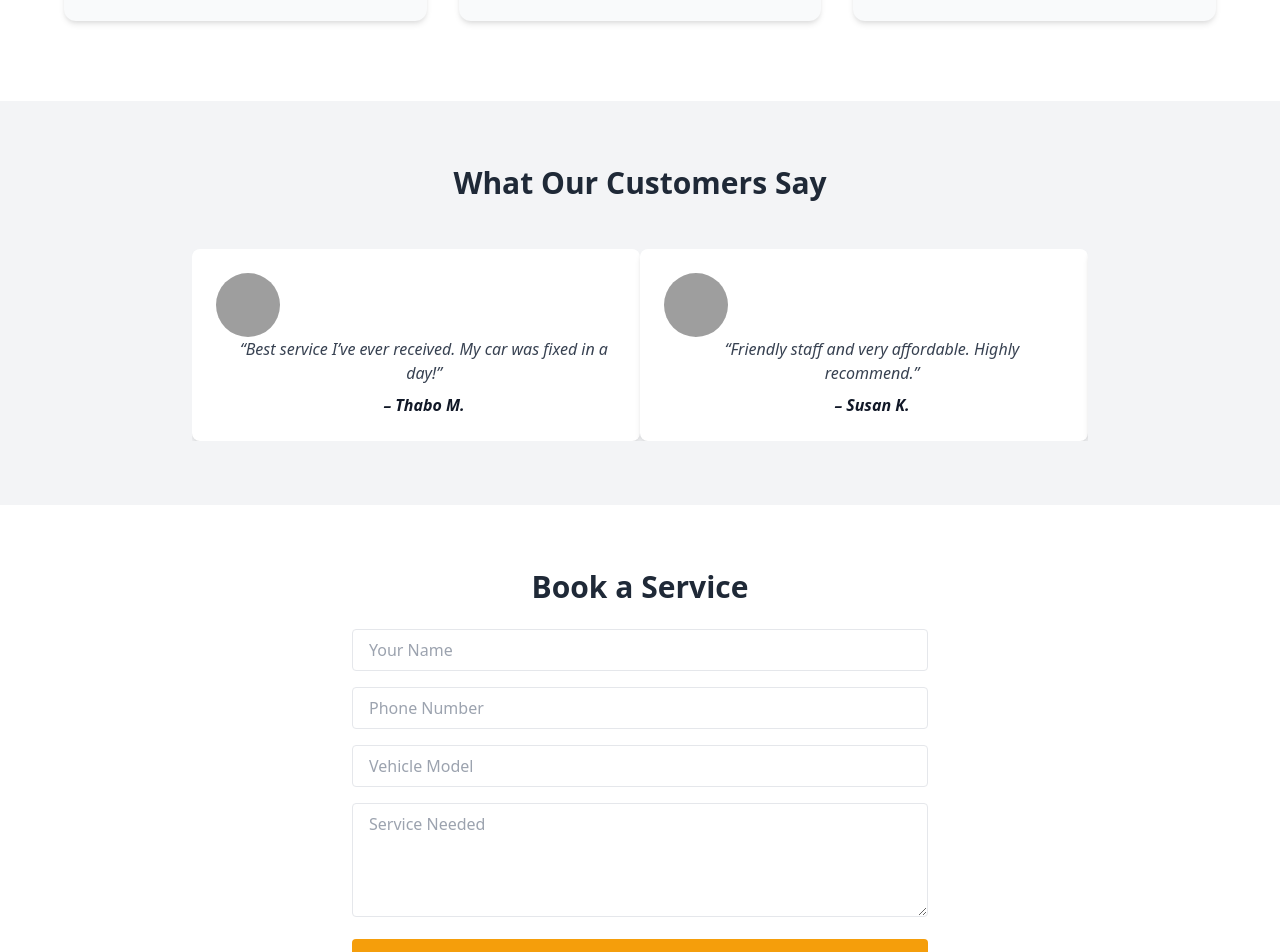
Repository: The-man-of-books/Mechanic
Page: index.html
These files come from the project's save history. The page is drawn as it stood at one moment and after the next save; the edit follows.
The browser window is 1280 px wide. The pictures show the part of the page from y = 1920 to 2872 px (the page is 3115 px tall before and 3139 px after).
Pictures or frames that could not be fetched are drawn as grey boxes.

Above is the page before, as saved 2025-07-15 16:20:51.
Console error: SyntaxError: Identifier 'modal' has already been declared

### index.html
<!DOCTYPE html>
<html lang="en">
<head>
  <meta charset="UTF-8" />
  <meta name="viewport" content="width=device-width, initial-scale=1.0" />
  <title>AutoFix Garage | Mechanic Workshop</title>
  <link href="https://cdn.jsdelivr.net/npm/tailwindcss@2.2.19/dist/tailwind.min.css" rel="stylesheet">
  <!-- Swiper CSS -->
<link
  rel="stylesheet"
  href="https://cdn.jsdelivr.net/npm/swiper@9/swiper-bundle.min.css"
/>

<!-- Swiper JS -->
<script src="https://cdn.jsdelivr.net/npm/swiper@9/swiper-bundle.min.js"></script>

</head>
<body class="bg-gray-100 text-gray-800">

  <!-- Hero Section -->
<section class="relative h-screen bg-cover bg-center flex items-center justify-center" style="background-image: url('https://images.unsplash.com/photo-1605559424843-0f6b9b9023eb?auto=format&fit=crop&w=1950&q=80');">
  <!-- Dark Overlay Gradient -->
  <div class="absolute inset-0 bg-black bg-opacity-70"></div>

  <!-- Frosted Glass Content Box -->
  <div class="relative z-10 max-w-2xl w-full text-center px-6 animate-fadeIn">
    <div class="backdrop-blur-md bg-white/10 border border-white/20 rounded-2xl p-10 shadow-2xl">
      <h1 class="text-5xl md:text-6xl font-extrabold text-white mb-4 tracking-tight drop-shadow">AutoFix Garage</h1>
      <p class="text-lg md:text-xl text-gray-200 mb-8">Reliable • Fast • Affordable Vehicle Repair Solutions</p>
      <a href="#contact" class="inline-flex items-center gap-2 bg-yellow-400 text-black font-semibold px-6 py-3 rounded-full shadow-lg hover:bg-yellow-300 transition duration-300">
        <svg class="w-5 h-5" fill="none" stroke="currentColor" stroke-width="2" viewBox="0 0 24 24">
          <path stroke-linecap="round" stroke-linejoin="round" d="M8 17l4 4 4-4m0-5l-4-4-4 4" />
        </svg>
        Book an Appointment
      </a>
    </div>
  </div>
</section>

<!-- Fade-In Animation -->
<style>
  @keyframes fadeIn {
    from { opacity: 0; transform: translateY(30px); }
    to { opacity: 1; transform: translateY(0); }
  }

  .animate-fadeIn {
    animation: fadeIn 1.2s ease-out forwards;
  }
</style>


  <!-- About Section with Stats -->
<section class="bg-white py-20 px-6">
  <div class="max-w-6xl mx-auto grid md:grid-cols-2 items-center gap-10 animate-fadeIn">

    <!-- Text Content -->
    <div>
      <h2 class="text-4xl font-extrabold text-gray-800 mb-4">About Us</h2>
      <div class="w-20 h-1 bg-yellow-400 mb-6"></div>
      <p class="text-lg text-gray-600 leading-relaxed">
        With over <strong>10 years of hands-on experience</strong>, AutoFix Garage is your trusted partner in vehicle repairs and maintenance. Our certified mechanics deliver top-quality service, fast turnaround, and fair pricing you can rely on.
      </p>
      <p class="text-lg text-gray-600 mt-4">
        Whether it’s diagnostics, routine maintenance, or complex repairs — we do it right the first time.
      </p>
    </div>

    <!-- Stats Grid -->
    <div class="grid grid-cols-1 sm:grid-cols-3 gap-8 text-center">
      <!-- Stat 1 -->
      <div>
        <div class="bg-yellow-100 text-yellow-600 p-4 rounded-full inline-block mb-4">
          <svg class="w-8 h-8" fill="none" stroke="currentColor" stroke-width="2" viewBox="0 0 24 24">
            <path stroke-linecap="round" stroke-linejoin="round" d="M12 8v4l3 3m6 2a9 9 0 11-18 0 9 9 0 0118 0z" />
          </svg>
        </div>
        <h3 class="text-2xl font-bold text-gray-800">10+ Years</h3>
        <p class="text-gray-500">Industry Experience</p>
      </div>

      <!-- Stat 2 -->
      <div>
        <div class="bg-green-100 text-green-600 p-4 rounded-full inline-block mb-4">
          <svg class="w-8 h-8" fill="none" stroke="currentColor" stroke-width="2" viewBox="0 0 24 24">
            <path stroke-linecap="round" stroke-linejoin="round" d="M3 7h18M3 12h18M3 17h18" />
          </svg>
        </div>
        <h3 class="text-2xl font-bold text-gray-800">2,500+</h3>
        <p class="text-gray-500">Vehicles Serviced</p>
      </div>

      <!-- Stat 3 -->
      <div>
        <div class="bg-blue-100 text-blue-600 p-4 rounded-full inline-block mb-4">
          <svg class="w-8 h-8" fill="none" stroke="currentColor" stroke-width="2" viewBox="0 0 24 24">
            <path stroke-linecap="round" stroke-linejoin="round" d="M14 9l-2 2-2-2m0 6l2-2 2 2m6-3a9 9 0 11-18 0 9 9 0 0118 0z" />
          </svg>
        </div>
        <h3 class="text-2xl font-bold text-gray-800">98%</h3>
        <p class="text-gray-500">Customer Satisfaction</p>
      </div>
    </div>
  </div>
</section>

<!-- Optional Fade-in Animation -->
<style>
  @keyframes fadeIn {
    from { opacity: 0; transform: translateY(30px); }
    to { opacity: 1; transform: translateY(0); }
  }

  .animate-fadeIn {
    animation: fadeIn 1s ease-out forwards;
  }
</style>


  <!-- Services Section -->
<section class="py-20 bg-white px-6">
  <div class="max-w-6xl mx-auto text-center">
    <h2 class="text-4xl font-extrabold text-gray-800 mb-4">Our Services</h2>
    <div class="w-20 h-1 bg-yellow-400 mx-auto mb-12"></div>

    <div class="grid grid-cols-1 sm:grid-cols-2 md:grid-cols-3 gap-8">
      <!-- Service Card Template -->
      <!-- Repeat this block and change data for each service -->
      <div onclick="toggleModal(true, {
        title: 'Engine Diagnostics',
        description: 'We use the latest diagnostic equipment to quickly identify engine problems and get you back on the road safely.',
        image: 'https://images.unsplash.com/photo-1605559424843-0f6b9b9023eb?fit=crop&w=800&q=80'
      })" class="cursor-pointer group bg-gray-50 rounded-xl overflow-hidden shadow-md hover:shadow-xl transition duration-300 text-left">
        <img src="https://images.unsplash.com/photo-1605559424843-0f6b9b9023eb?fit=crop&w=800&q=80" alt="Engine Diagnostics" class="h-40 w-full object-cover">
        <div class="p-6">
          <h3 class="text-xl font-semibold mb-2 text-gray-800 group-hover:text-yellow-500">Engine Diagnostics</h3>
          <p class="text-gray-600 text-sm">Identify issues using advanced computer diagnostics.</p>
        </div>
      </div>

      <div onclick="toggleModal(true, {
        title: 'Brake Repair',
        description: 'Our certified technicians inspect and repair brakes to ensure maximum safety and performance.',
        image: 'https://images.unsplash.com/photo-1577563908411-5077c29853af?fit=crop&w=800&q=80'
      })" class="cursor-pointer group bg-gray-50 rounded-xl overflow-hidden shadow-md hover:shadow-xl transition duration-300 text-left">
        <img src="https://images.unsplash.com/photo-1577563908411-5077c29853af?fit=crop&w=800&q=80" alt="Brake Repair" class="h-40 w-full object-cover">
        <div class="p-6">
          <h3 class="text-xl font-semibold mb-2 text-gray-800 group-hover:text-red-500">Brake Repair</h3>
          <p class="text-gray-600 text-sm">Safe, reliable brake inspection & replacement.</p>
        </div>
      </div>

      <div onclick="toggleModal(true, {
        title: 'Oil Change',
        description: 'Regular oil and filter changes extend your engine’s life. We use high-quality oils for all vehicle types.',
        image: 'https://images.unsplash.com/photo-1605107834470-1e99e839f65a?fit=crop&w=800&q=80'
      })" class="cursor-pointer group bg-gray-50 rounded-xl overflow-hidden shadow-md hover:shadow-xl transition duration-300 text-left">
        <img src="https://images.unsplash.com/photo-1605107834470-1e99e839f65a?fit=crop&w=800&q=80" alt="Oil Change" class="h-40 w-full object-cover">
        <div class="p-6">
          <h3 class="text-xl font-semibold mb-2 text-gray-800 group-hover:text-blue-500">Oil Change</h3>
          <p class="text-gray-600 text-sm">Improve performance with fresh oil & filters.</p>
        </div>
      </div>

      <!-- Add 3 more services here just like above... -->
      <div onclick="toggleModal(true, {
        title: 'Battery Replacement',
        description: 'We replace weak or dead batteries on-site, test your system, and ensure it’s good to go.',
        image: 'https://images.unsplash.com/photo-1587019153164-bf15e540d97b?fit=crop&w=800&q=80'
      })" class="cursor-pointer group bg-gray-50 rounded-xl overflow-hidden shadow-md hover:shadow-xl transition duration-300 text-left">
        <img src="https://images.unsplash.com/photo-1587019153164-bf15e540d97b?fit=crop&w=800&q=80" alt="Battery Replacement" class="h-40 w-full object-cover">
        <div class="p-6">
          <h3 class="text-xl font-semibold mb-2 text-gray-800 group-hover:text-green-500">Battery Replacement</h3>
          <p class="text-gray-600 text-sm">Dead battery? We’ll replace it fast and reliably.</p>
        </div>
      </div>

      <div onclick="toggleModal(true, {
        title: 'Suspension & Alignment',
        description: 'Bumpy ride? We realign wheels and repair suspension systems for smooth and safe driving.',
        image: 'https://images.unsplash.com/photo-1627483218074-4e18e1eb2d2b?fit=crop&w=800&q=80'
      })" class="cursor-pointer group bg-gray-50 rounded-xl overflow-hidden shadow-md hover:shadow-xl transition duration-300 text-left">
        <img src="https://images.unsplash.com/photo-1627483218074-4e18e1eb2d2b?fit=crop&w=800&q=80" alt="Suspension" class="h-40 w-full object-cover">
        <div class="p-6">
          <h3 class="text-xl font-semibold mb-2 text-gray-800 group-hover:text-indigo-500">Suspension & Alignment</h3>
          <p class="text-gray-600 text-sm">Realign and rebalance your ride with expert care.</p>
        </div>
      </div>

      <div onclick="toggleModal(true, {
        title: 'Tyre Fitting',
        description: 'We supply and fit top-brand tyres with professional balancing and same-day turnaround.',
        image: 'https://images.unsplash.com/photo-1592503254645-26548dba43d1?fit=crop&w=800&q=80'
      })" class="cursor-pointer group bg-gray-50 rounded-xl overflow-hidden shadow-md hover:shadow-xl transition duration-300 text-left">
        <img src="https://images.unsplash.com/photo-1592503254645-26548dba43d1?fit=crop&w=800&q=80" alt="Tyre Fitting" class="h-40 w-full object-cover">
        <div class="p-6">
          <h3 class="text-xl font-semibold mb-2 text-gray-800 group-hover:text-purple-500">Tyre Fitting</h3>
          <p class="text-gray-600 text-sm">Quality tyre supply, fitting & balancing while you wait.</p>
        </div>
      </div>
    </div>
  </div>

  <!-- Modal -->
<div id="serviceModal" class="fixed inset-0 bg-black/60 z-50 hidden items-center justify-center">
  <div class="bg-white rounded-xl p-6 max-w-lg w-full shadow-xl relative animate-fadeIn">

    <!-- Close Button -->
    <button onclick="toggleModal()" class="absolute top-3 right-3 text-gray-400 hover:text-gray-700 text-2xl font-bold">×</button>

    <!-- Modal Image -->
    <img id="modalImage" src="" alt="Service Image" class="rounded-lg mb-4 w-full h-48 object-cover">

    <!-- Modal Title -->
    <h3 id="modalTitle" class="text-2xl font-bold mb-2 text-gray-800"></h3>

    <!-- Modal Description -->
    <p id="modalDescription" class="text-gray-600 text-base leading-relaxed mb-6"></p>

    <a href="#contact"
   onclick="toggleModal(false)"
   class="block w-full text-center bg-yellow-400 hover:bg-yellow-500 text-black font-semibold px-6 py-3 rounded-full shadow transition duration-300">
  Book Now
</a>
  </div>
</div>

</section>
<style>
  @keyframes fadeIn {
    from { opacity: 0; transform: translateY(20px); }
    to { opacity: 1; transform: translateY(0); }
  }

  .animate-fadeIn {
    animation: fadeIn 0.3s ease-out forwards;
  }
</style>



  <!-- Testimonials Carousel -->
<section class="bg-gray-100 py-16 px-6">
  <div class="max-w-6xl mx-auto text-center">
    <h2 class="text-3xl font-bold mb-12">What Our Customers Say</h2>

    <!-- Swiper Container -->
    <div class="swiper mySwiper max-w-4xl mx-auto">
      <div class="swiper-wrapper">

        <!-- Testimonial Slide 1 -->
        <div class="swiper-slide bg-white p-6 rounded-lg shadow-md flex items-start space-x-4 max-w-md mx-auto">
          <img src="https://randomuser.me/api/portraits/men/32.jpg" alt="Thabo M" class="w-16 h-16 rounded-full object-cover flex-shrink-0">
          <blockquote class="italic text-gray-700">
            “Best service I’ve ever received. My car was fixed in a day!”
            <footer class="mt-2 font-semibold text-gray-900">– Thabo M.</footer>
          </blockquote>
        </div>

        <!-- Testimonial Slide 2 -->
        <div class="swiper-slide bg-white p-6 rounded-lg shadow-md flex items-start space-x-4 max-w-md mx-auto">
          <img src="https://randomuser.me/api/portraits/women/44.jpg" alt="Susan K" class="w-16 h-16 rounded-full object-cover flex-shrink-0">
          <blockquote class="italic text-gray-700">
            “Friendly staff and very affordable. Highly recommend.”
            <footer class="mt-2 font-semibold text-gray-900">– Susan K.</footer>
          </blockquote>
        </div>

        <!-- Testimonial Slide 3 -->
        <div class="swiper-slide bg-white p-6 rounded-lg shadow-md flex items-start space-x-4 max-w-md mx-auto">
          <img src="https://randomuser.me/api/portraits/men/76.jpg" alt="David L" class="w-16 h-16 rounded-full object-cover flex-shrink-0">
          <blockquote class="italic text-gray-700">
            “Professional and reliable. They fixed my brakes perfectly.”
            <footer class="mt-2 font-semibold text-gray-900">– David L.</footer>
          </blockquote>
        </div>

        <!-- Testimonial Slide 4 -->
        <div class="swiper-slide bg-white p-6 rounded-lg shadow-md flex items-start space-x-4 max-w-md mx-auto">
          <img src="https://randomuser.me/api/portraits/women/29.jpg" alt="Lerato N" class="w-16 h-16 rounded-full object-cover flex-shrink-0">
          <blockquote class="italic text-gray-700">
            “Great customer service and very knowledgeable mechanics.”
            <footer class="mt-2 font-semibold text-gray-900">– Lerato N.</footer>
          </blockquote>
        </div>

        <!-- Testimonial Slide 5 -->
        <div class="swiper-slide bg-white p-6 rounded-lg shadow-md flex items-start space-x-4 max-w-md mx-auto">
          <img src="https://randomuser.me/api/portraits/men/45.jpg" alt="Sipho M" class="w-16 h-16 rounded-full object-cover flex-shrink-0">
          <blockquote class="italic text-gray-700">
            “Affordable prices and fast turnaround. Highly recommended!”
            <footer class="mt-2 font-semibold text-gray-900">– Sipho M.</footer>
          </blockquote>
        </div>

        <!-- Testimonial Slide 6 -->
        <div class="swiper-slide bg-white p-6 rounded-lg shadow-md flex items-start space-x-4 max-w-md mx-auto">
          <img src="https://randomuser.me/api/portraits/women/52.jpg" alt="Zanele T" class="w-16 h-16 rounded-full object-cover flex-shrink-0">
          <blockquote class="italic text-gray-700">
            “They explained everything clearly and did an amazing job on my car.”
            <footer class="mt-2 font-semibold text-gray-900">– Zanele T.</footer>
          </blockquote>
        </div>

      </div>

      <!-- Pagination -->
      <div class="swiper-pagination mt-6"></div>
    </div>
  </div>
</section>

  <!-- Contact Section -->
  <section id="contact" class="py-16 px-6 bg-white">
    <div class="max-w-xl mx-auto">
      <h2 class="text-3xl font-bold text-center mb-6">Book a Service</h2>
      <form class="space-y-4">
        <input type="text" placeholder="Your Name" class="w-full px-4 py-2 border rounded" required>
        <input type="tel" placeholder="Phone Number" class="w-full px-4 py-2 border rounded" required>
        <input type="text" placeholder="Vehicle Model" class="w-full px-4 py-2 border rounded">
        <textarea placeholder="Service Needed" class="w-full px-4 py-2 border rounded" rows="4"></textarea>
        <button type="submit" class="bg-yellow-500 hover:bg-yellow-400 text-white px-6 py-2 rounded w-full">Send Request</button>
      </form>
    </div>
  </section>

  <!-- Footer -->
  <footer class="bg-gray-900 text-white py-10 text-center">
    <p>&copy; 2025 AutoFix Garage | 123 Main Road, Soweto, South Africa</p>
    <p>Phone/WhatsApp: <a href="tel:+27712345678" class="underline">+27 71 234 5678</a></p>
    <p>Mon–Sat: 8AM–5PM</p>
  </footer>

<!-- WhatsApp Floating Button -->
<a href="https://wa.me/27712345678?text=Hi%20AutoFix%20Garage%2C%20I%27d%20like%20to%20book%20a%20service."
   class="fixed bottom-6 right-6 z-50 bg-green-500 hover:bg-green-600 text-white p-4 rounded-full shadow-lg transition-all duration-300"
   target="_blank" rel="noopener noreferrer" aria-label="Chat on WhatsApp">
  <svg class="w-6 h-6" fill="currentColor" viewBox="0 0 24 24">
    <path d="M16.72 13.06c-.24-.12-1.41-.7-1.63-.78s-.38-.12-.54.12-.62.78-.76.94-.28.18-.52.06a6.4 6.4 0 0 1-1.9-1.18 7.07 7.07 0 0 1-1.32-1.66c-.14-.24 0-.36.1-.48.12-.12.24-.3.36-.42.12-.14.18-.24.3-.42s.06-.36 0-.48-.54-1.3-.74-1.8c-.2-.5-.4-.44-.54-.45h-.46c-.16 0-.42.06-.64.3s-.84.82-.84 2c0 1.18.86 2.3 1 .48 1.18 2.36 3.1 3.46 4.82 3.82.34.06.62.12.88.12.28 0 .86-.12 1.08-.6.2-.42.2-.78.14-.84-.08-.06-.3-.12-.54-.24zm-4.72 8.42c-1.7 0-3.34-.44-4.76-1.26L2 22l1.84-5.36a9.84 9.84 0 0 1-1.5-5.26C2.34 6.5 6.84 2 12.34 2s10 4.5 10 10-4.5 10-10 10z"/>
  </svg>
</a>

<!-- Tailwind Modal Styles -->
<style>
  .modal-enter {
    opacity: 0;
    transform: translateY(20px);
  }
  .modal-enter-active {
    opacity: 1;
    transform: translateY(0);
    transition: all 0.3s ease-out;
  }
</style>

<!-- Modal Wrapper -->
<div id="serviceModal" class="fixed inset-0 bg-black/60 z-50 hidden items-center justify-center">
  <div class="bg-white rounded-xl p-8 max-w-lg w-full shadow-xl relative animate-fadeIn">
    <button onclick="toggleModal()" class="absolute top-3 right-3 text-gray-500 hover:text-gray-700">
      ✕
    </button>
    <img id="modalImage" src="" class="rounded-lg mb-4">
    <h3 id="modalTitle" class="text-2xl font-bold mb-2 text-gray-800"></h3>
    <p id="modalDescription" class="text-gray-600 text-base leading-relaxed"></p>
  </div>
</div>

<!-- JS for modal -->
<script>
  const modal = document.getElementById('serviceModal');
  const modalImage = document.getElementById('modalImage');
  const modalTitle = document.getElementById('modalTitle');
  const modalDescription = document.getElementById('modalDescription');

  function toggleModal(show = false, data = {}) {
    if (show) {
      modalImage.src = data.image;
      modalTitle.textContent = data.title;
      modalDescription.textContent = data.description;
      modal.classList.remove('hidden');
      modal.classList.add('flex');
    } else {
      modal.classList.add('hidden');
      modal.classList.remove('flex');
    }
  }
</script>



<script>
  const modal = document.getElementById('serviceModal');
  const modalImage = document.getElementById('modalImage');
  const modalTitle = document.getElementById('modalTitle');
  const modalDescription = document.getElementById('modalDescription');

  function toggleModal(show = false, data = {}) {
    if (show) {
      modalImage.src = data.image;
      modalTitle.textContent = data.title;
      modalDescription.textContent = data.description;
      modal.classList.remove('hidden');
      modal.classList.add('flex');
    } else {
      modal.classList.add('hidden');
      modal.classList.remove('flex');
    }
  }
</script>

</body>
</html>

After the next save:
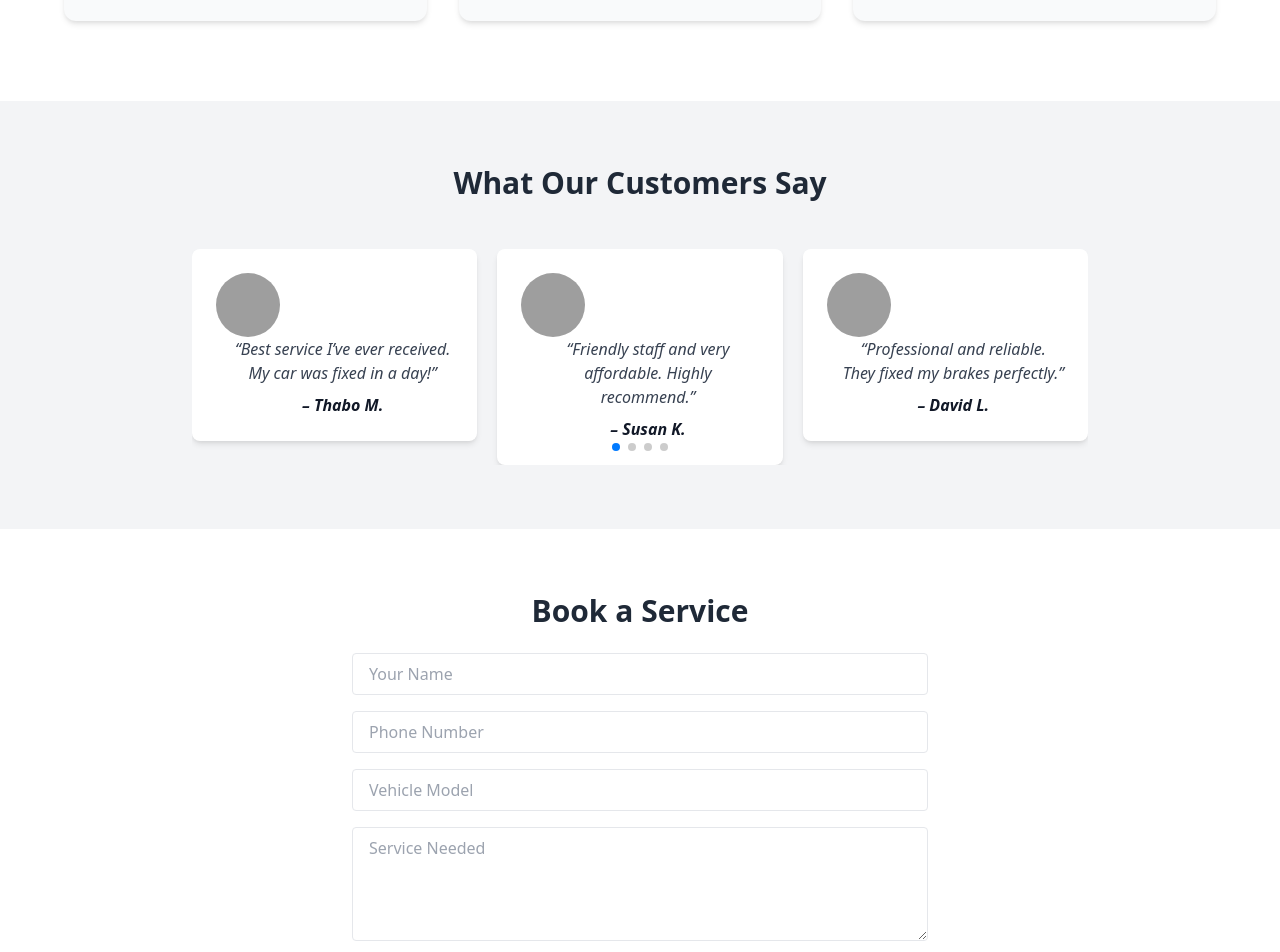
Saved 40 s later.
--- a/index.html
+++ b/index.html
@@ -408,5 +408,24 @@
   }
 </script>
 
+<script>
+  const swiper = new Swiper('.mySwiper', {
+    slidesPerView: 1,
+    spaceBetween: 20,
+    pagination: {
+      el: '.swiper-pagination',
+      clickable: true,
+    },
+    breakpoints: {
+      640: {
+        slidesPerView: 2,
+      },
+      1024: {
+        slidesPerView: 3,
+      },
+    },
+  });
+</script>
+
 </body>
 </html>
